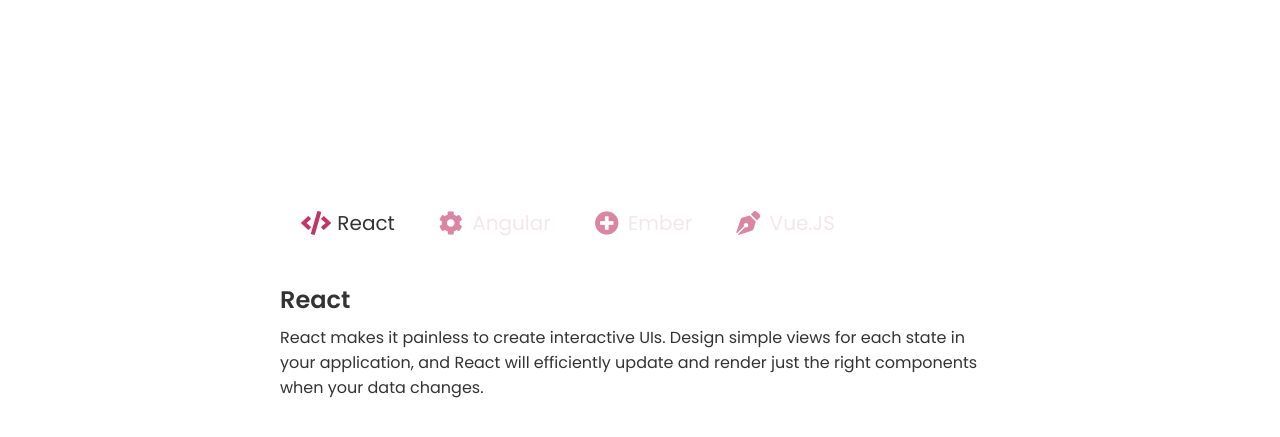
Repository: NguyenMinhTho2207/MT.Shoppe
Page: index-test.html
The author's editor kept a copy of each file at every save. The page is drawn from the files as they stood at one save, then again after the next save.
The browser window is 1280 px wide. The pictures show the whole page.

Above is the page before, as saved 2021-11-30 09:24:38.
Console error: ReferenceError: line is not defined

After the next save:
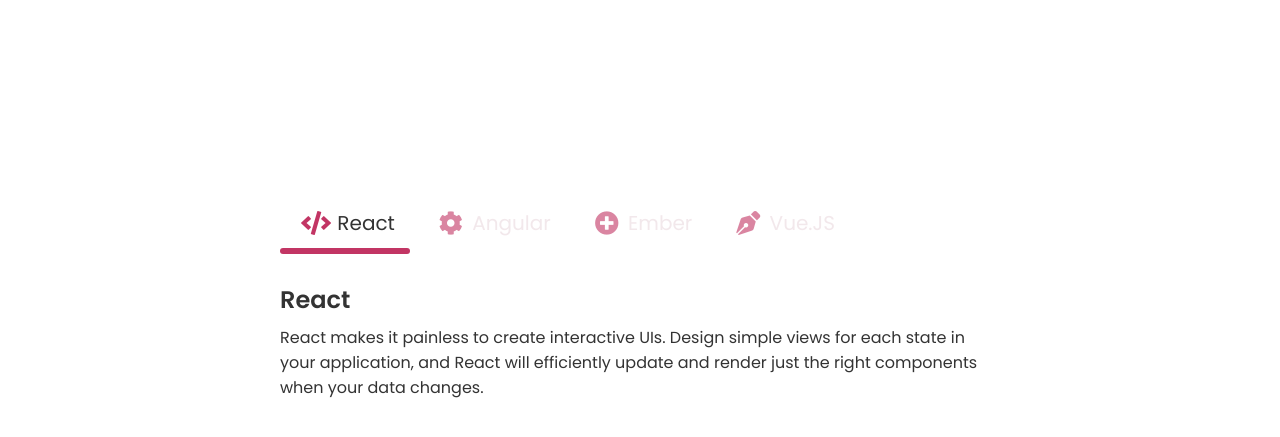
The error is gone.
Saved 24 s later.
--- a/index-test.html
+++ b/index-test.html
@@ -66,8 +66,8 @@
     const panes = $$('.tab-pane');
     const tabOffset = $('.tab-item.active')
     const lineActive = $('.tabs .line')
-    line.style.left = tabOffset.offsetLeft + 'px';
-    line.style.width = tabOffset.offsetWidth + 'px';
+    lineActive.style.left = tabOffset.offsetLeft + 'px';
+    lineActive.style.width = tabOffset.offsetWidth + 'px';
 
     tabs.forEach((tab, index) => {
       tab.onclick = function () {
